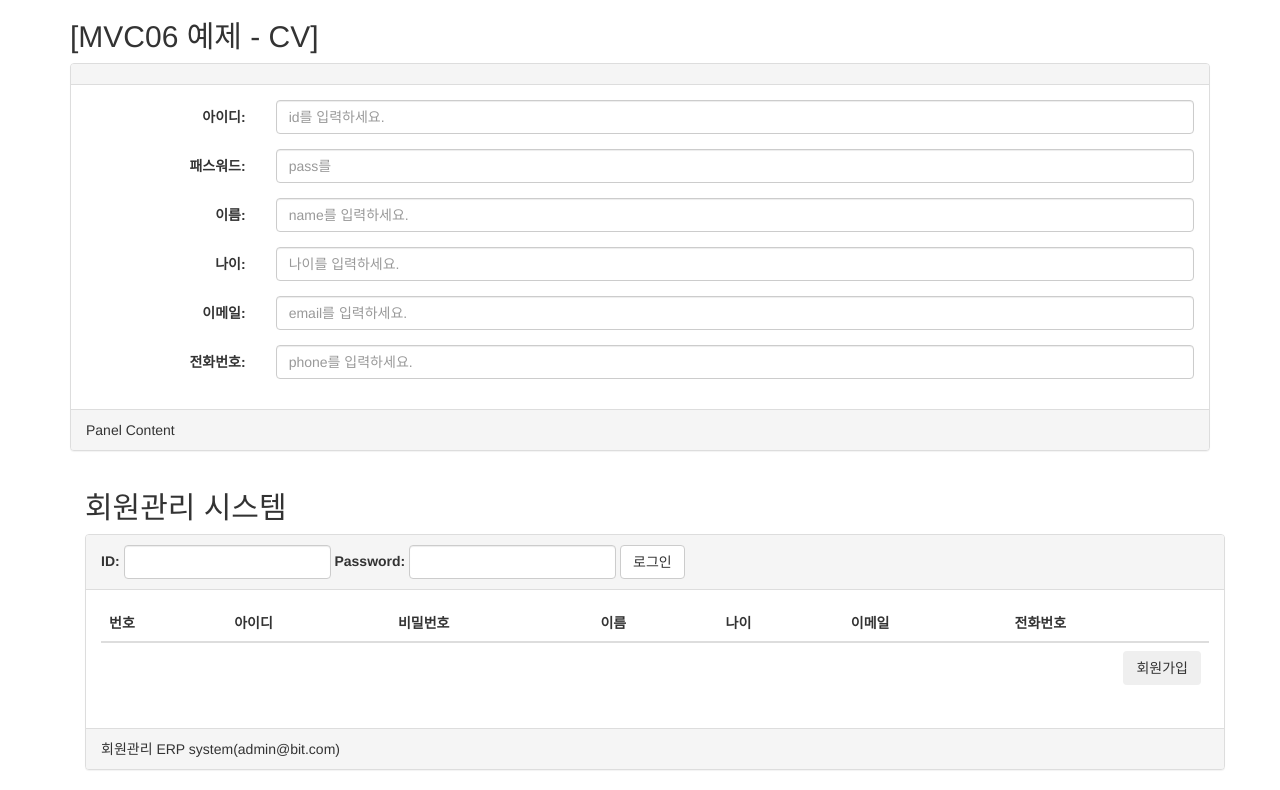
Repository: yhb131618/JAVA_WEB_PROJECT
Page: http://localhost/MVC06/WEB-INF/member/memberlist.jsp
These files come from the project's save history. The page is drawn as it stood at one moment and after the next save; the edit follows.
The browser window is 1280 px wide. The pictures show the whole page.
Some web libraries are served in a nearby version. The page is served by Tomcat 9. Nobody is signed in. Other server files are loaded and not shown. The template is opened directly, without the code that normally fills it, so the values that code supplies are empty.

Above is the page before, as saved 2023-12-27 06:03:27.

### MVC06/WebContent/WEB-INF/member/memberlist.jsp
<%@ page language="java" contentType="text/html; charset=UTF-8"
    pageEncoding="UTF-8"%>
<%@ page import="kr.bit.model.*" %>
<%@ page import="java.util.*" %>

<%

	ArrayList<MemberVO> list = (ArrayList<MemberVO>)request.getAttribute("list");
%>
<%@taglib prefix="c" uri="http://java.sun.com/jsp/jstl/core" %>
<c:set var="ctx" value="${pageContext.request.contextPath}"/>

<!DOCTYPE html>
<html>
<head>
<meta charset="UTF-8">
<meta name="viewport" content="width=device-width, initial-scale=1">
<link rel="stylesheet" href="https://maxcdn.bootstrapcdn.com/bootstrap/3.4.1/css/bootstrap.min.css">
<script src="https://code.jquery.com/jquery-3.2.1.min.js"></script>
<script src="https://ajax.googleapis.com/ajax/libs/jquery/3.7.1/jquery.min.js"></script>
<script src="https://maxcdn.bootstrapcdn.com/bootstrap/3.4.1/js/bootstrap.min.js"></script>
<script type="text/javascript">
	$(document).ready(function(){
		<c:if test="${!empty msg}">
			alter("${msg}");
			<c:remove var="msg" scope="session"/>
		</c:if>
	});

	function deleteFn(num){
		location.href="${ctx}/memberDelete.do?num="+num;
	}
	function check(){
		if($('#user_id').val()== ''){
			alert("아이디를 입력하세요");
			return false;
		}
		if($('#password').val()== ''){
			alert("비밀번호를 입력하세요");
			return false;
		}

	return true;
	}
	function logout(){
		//System.out.println("logout");
		location.href="<c:url value='/memberLogout.do'/>";
	}
</script>
<title>Insert title here</title>
</head>
<body>

<div class="container">
  <h2>[MVC06 예제 - CV]</h2>
  <div class="panel panel-default">
    <div class="panel-heading">
    <c:if test="${sessionScope.userId!=null && sessionScope.userId!='' }">
    	<label>${sessionScope.userName}님이 로그인 하셨습니다.</label>
    </c:if>
    <c:if test="${sessionScope.userId==null && sessionScope.userId=='' }">
    	<label>${sessionScope.userName}안녕하세요.</label>
    </c:if>
   	</div>
    <div class="panel-body">

		<form id= "form1" class="form-horizontal" action="" method="post">
		  <div class="form-group">
		    <label class="control-label col-sm-2" for="id">아이디:</label>
		    <div class="col-sm-10">
		      <input type="text" class="form-control" id="id" name="id" placeholder="id를 입력하세요.">
		    </div>
		  </div>
		  <div class="form-group">
		    <label class="control-label col-sm-2" for="pass">패스워드:</label>
		    <div class="col-sm-10">
		      <input type="password" class="form-control" id="pass" name="pass" placeholder=pass를 입력하세요.">
		    </div>
		  </div>
		  <div class="form-group">
		    <label class="control-label col-sm-2" for="name">이름:</label>
		    <div class="col-sm-10">
		      <input type="text" class="form-control" id="name" name="name" placeholder="name를 입력하세요.">
		    </div>
		  </div>
		  <div class="form-group">
		    <label class="control-label col-sm-2" for="age">나이:</label>
		    <div class="col-sm-10">
		      <input type="text" class="form-control" id="age" name="age" placeholder="나이를 입력하세요.">
		    </div>
		  </div>
  		  <div class="form-group">
		    <label class="control-label col-sm-2" for="email">이메일:</label>
		    <div class="col-sm-10">
		      <input type="text" class="form-control" id="email" name="email" placeholder="email를 입력하세요.">
		    </div>
		  </div>
  		  <div class="form-group">
		    <label class="control-label col-sm-2" for="phone">전화번호:</label>
		    <div class="col-sm-10">
		      <input type="text" class="form-control" id="phone" name="phone" placeholder="phone를 입력하세요.">
		    </div>
		   </div>


		</form>


	</div>
    <div class="panel-footer">Panel Content</div>

  </div>


<div class ="container">
	<h2>회원관리 시스템</h2>
	<div class="panel panel-default">
		<div class="panel-heading">
		<c:if test="${sessionScope.userId == null || sessionScope.userId == ''}">

			<form class="form-inline" action="${ctx}/memberLogin.do" method="post">
			  <div class="form-group">
			    <label for="user_id">ID:</label>
			    <input type="text" class="form-control" id="user_id" name ="user_id">
			  </div>
			  <div class="form-group">
			    <label for="pwd">Password:</label>
			    <input type="password" class="form-control" id="password" name ="password">
			  </div>
			  <button type="submit" class="btn btn-default" onclick="return check()">로그인</button>
			</form>
		</c:if>


		<c:if test="${sessionScope.userId != null && sessionScope.userId != ''}">
			${sessionScope.userName}님 환영합니다.
			<button type="button" class="btn btn-warnging" onclick="logout()">로그아웃</button>
	    </c:if>

		</div>
		<div class="panel-body">
			<div class="table-responsive">
			  <table class="table table-hover">
			    <thead>
					<tr>
						<th>번호</th>
						<th>아이디</th>
						<th>비밀번호</th>
						<th>이름</th>
						<th>나이</th>
						<th>이메일</th>
						<th>전화번호</th>
					</tr>
			    </thead>
			    <tbody>
					<c:forEach var="vo" items="${list}">
							<tr>
								<td>${vo.num}</td>
								<td><a href="${ctx}/memberContent.do?num=${vo.num}">${vo.id}</a></td>
								<td>${vo.pass}</td>
								<td>${vo.name}</td>
								<td>${vo.age}</td>
								<td>${vo.email}</td>
								<td>${vo.phone}</td>

								<c:if test="${sessionScope.userId==vo.id}">
									<td><input type="button" value="삭제" class="btn btn-Warning" onclick="deleteFn(${vo.num})"></td>
								</c:if>
								<c:if test="${sessionScope.userId!=vo.id}">
									<td><input type="button" value="삭제" class="btn btn-Warning" onclick="deleteFn(${vo.num})" disabled="disabled"></td>
								</c:if>
							</tr>
					</c:forEach>
						<tr>
						<td colspan="8" align="right"><input type="button" value="회원가입" class="btn" onclick="location.href='${ctx}/memberRegister.do'"/></td>
						</tr>
			    </tbody>
			  </table>
			  </div>
			</div>
			  <div class="panel-footer">
			  	회원관리 ERP system(admin@bit.com)
			  </div>

		 </div>


</div>



</body>
</html>

After the next save:
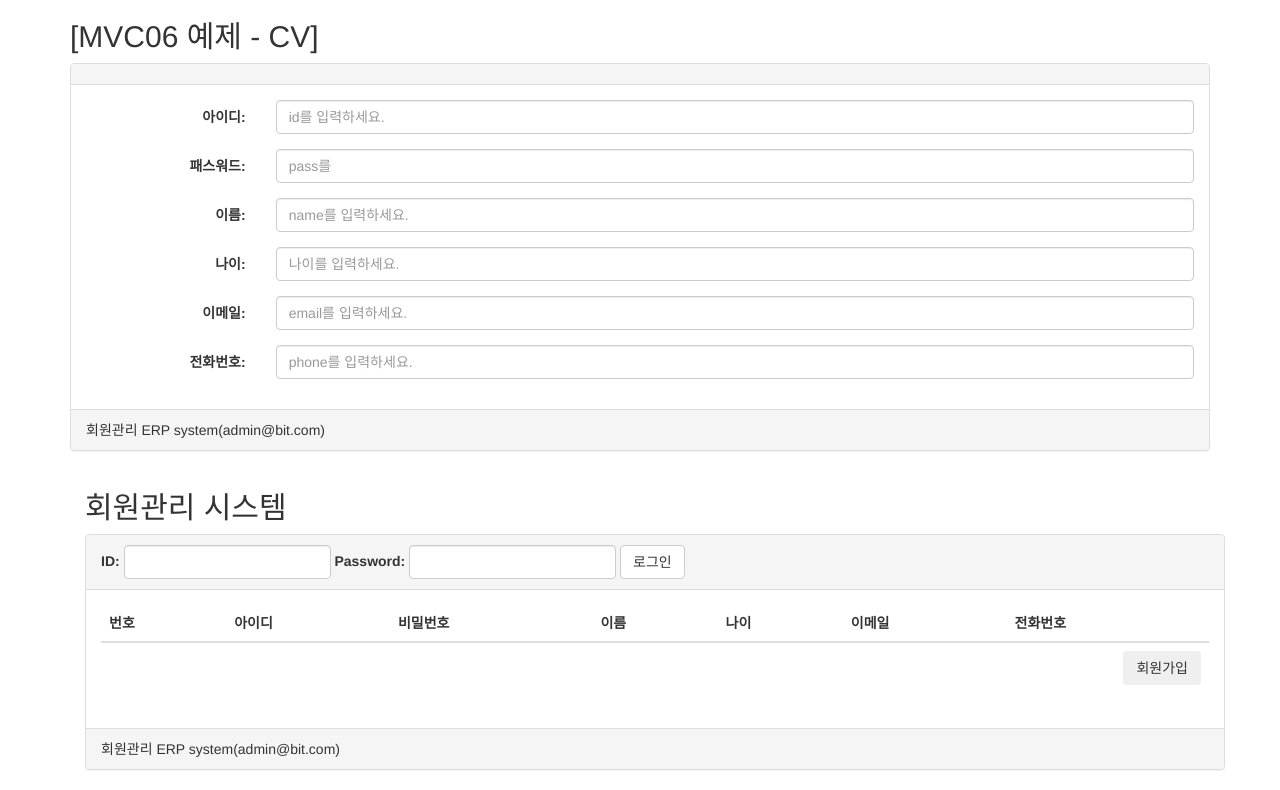
Saved 52 s later.
--- a/MVC06/WebContent/WEB-INF/member/memberlist.jsp
+++ b/MVC06/WebContent/WEB-INF/member/memberlist.jsp
@@ -107,9 +107,10 @@
 
 
 	</div>
-    <div class="panel-footer">Panel Content</div>
-
+  <div class="panel-footer">
+  	회원관리 ERP system(admin@bit.com)
   </div>
+ </div>
 
 
 <div class ="container">
